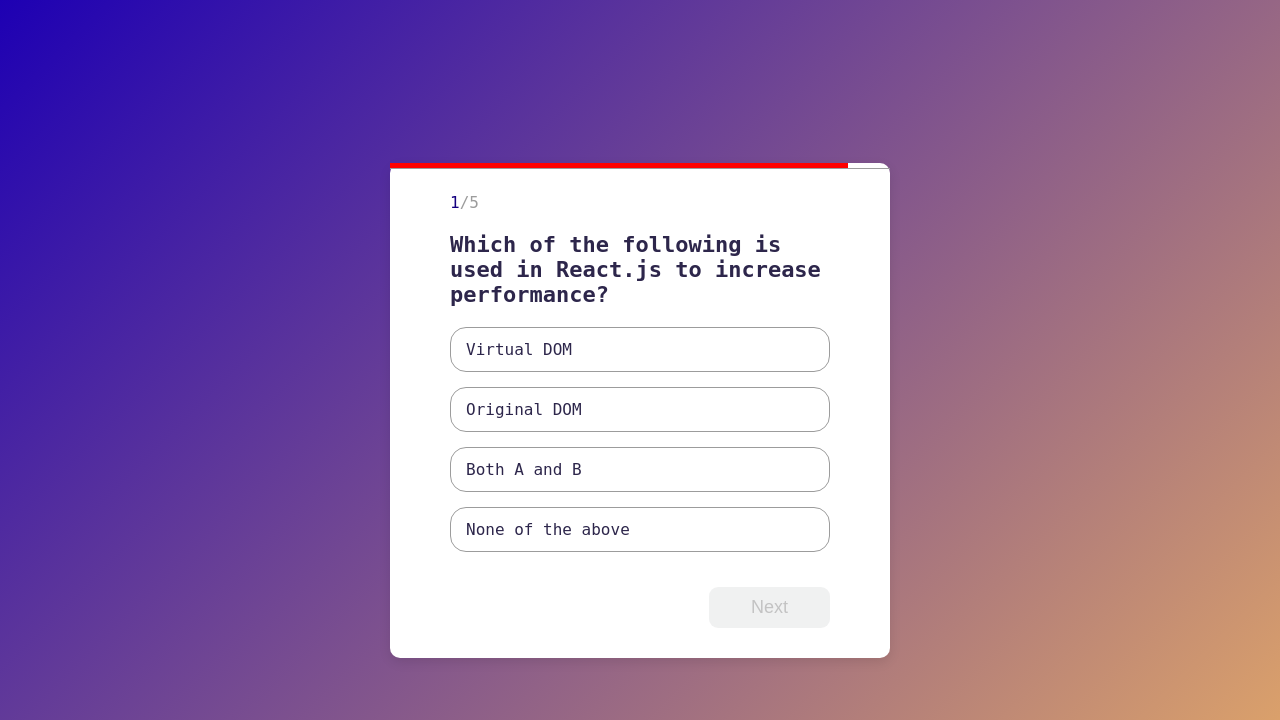
Repository: Abhi2807ar/quiz-appp
Page: /
These files come from the project's save history. The page is drawn as it stood at one moment and after a run of saves; the edit follows.
The browser window is 1280 px wide. The pictures show the whole page.
The project was rebuilt for these pictures with package versions that can differ from the ones it lists, and the page was loaded fresh each time. Also part of the build but not shown: vite.config.js, src/components/Result/Result.scss, src/components/Result/Result.jsx.

Above is the page before, as saved 2024-10-10 04:46:37.

After the next 2 saves:
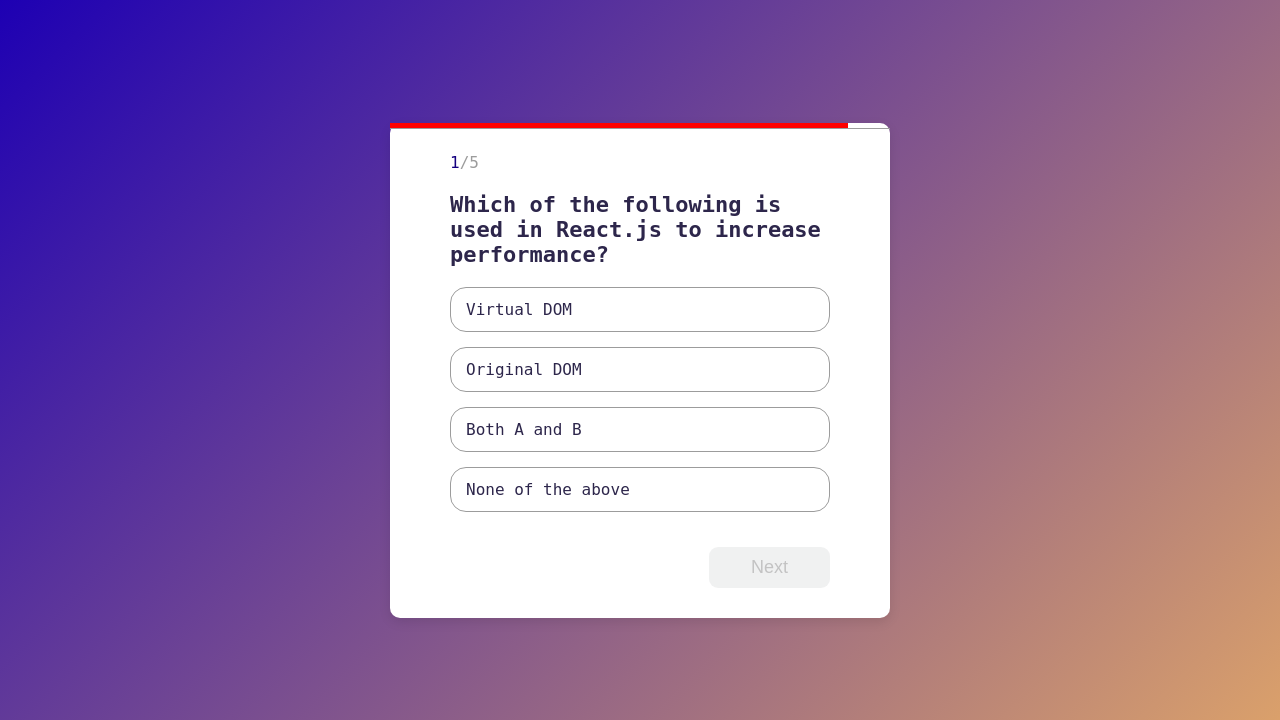
The 2 saves are shown as one change because they came seconds apart.
The last was saved 66 s later.
--- a/src/components/Quiz/Quiz.scss
+++ b/src/components/Quiz/Quiz.scss
@@ -4,7 +4,7 @@
     width: 500px;
     background: $bg;
     border-radius: 10px; /* Increased border-radius for a smoother look */
-    margin-top: 100px;
+    margin-top: 20px;
     padding: 30px 60px;
     box-sizing: border-box;
     position: relative;
